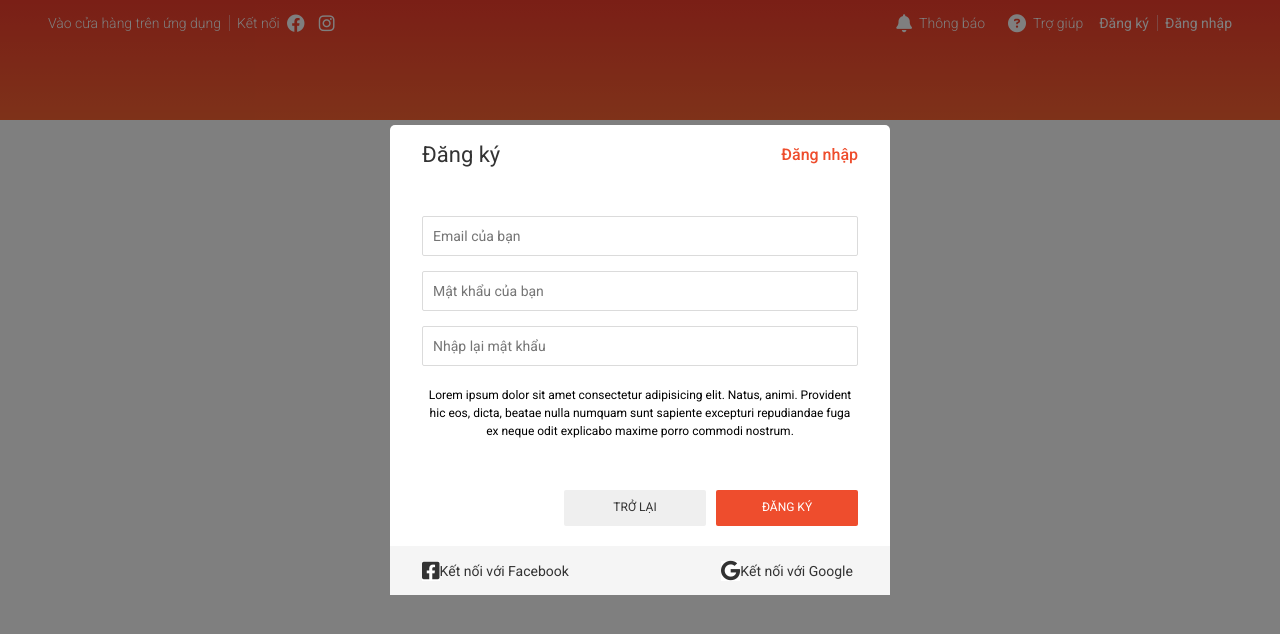
Repository: dptuyen1/F8-Tutorial
Page: index.html
An editor plug-in stored every save of this project. The page is shown before and after the next save, followed by the edit.
The browser window is 1280 px wide. The pictures show the whole page.

Above is the page before, as saved 2023-05-08 18:12:15.

### index.html
<!DOCTYPE html>
<html lang="en">
  <head>
    <meta charset="UTF-8" />
    <meta http-equiv="X-UA-Compatible" content="IE=edge" />
    <meta name="viewport" content="width=device-width, initial-scale=1.0" />
    <title>Document</title>
    <link
      rel="stylesheet"
      href="https://cdnjs.cloudflare.com/ajax/libs/normalize/8.0.1/normalize.min.css"
      integrity="sha512-NhSC1YmyruXifcj/KFRWoC561YpHpc5Jtzgvbuzx5VozKpWvQ+4nXhPdFgmx8xqexRcpAglTj9sIBWINXa8x5w=="
      crossorigin="anonymous"
      referrerpolicy="no-referrer"
    />
    <link rel="stylesheet" href="assets/css/base.css" />
    <link rel="stylesheet" href="assets/css/main.css" />
    <link
      rel="stylesheet"
      href="assets/fonts/fontawesome-free-6.4.0-web/css/all.min.css"
    />
    <link rel="preconnect" href="https://fonts.googleapis.com" />
    <link rel="preconnect" href="https://fonts.gstatic.com" crossorigin />
    <link
      href="https://fonts.googleapis.com/css2?family=Roboto:wght@300;400;500;700&display=swap"
      rel="stylesheet"
    />
  </head>

  <body>
    <div class="app">
      <header class="header">
        <div class="grid">
          <nav class="header__navbar">
            <ul class="header__navbar-list">
              <li
                class="header__navbar-item header__navbar-item-has-qr header__navbar-item-separate"
              >
                Vào cửa hàng trên ứng dụng
                <div class="header__qr">
                  <img
                    src="assets/img/qr_code.png"
                    alt="QR Cođe"
                    class="header__qr-img"
                  />
                  <div class="header__qr-apps">
                    <a href="" class="header__qr-link">
                      <img
                        src="assets/img/google_play.png"
                        alt="Google Play"
                        class="header__qr-download-img"
                      />
                    </a>
                    <a href="" class="header__qr-link">
                      <img
                        src="assets/img/app_store.png"
                        alt="App Store"
                        class="header__qr-download-img"
                      />
                    </a>
                  </div>
                </div>
              </li>
              <li class="header__navbar-item">
                <span class="header__navbar-title-no-pointer">Kết nối</span>
                <a href="" class="header__navbar-icon-link">
                  <i class="header__navbar-icon fa-brands fa-facebook"></i>
                </a>
                <a href="" class="header__navbar-icon-link">
                  <i class="header__navbar-icon fa-brands fa-instagram"></i>
                </a>
              </li>
            </ul>
            <ul class="header__navbar-list">
              <li class="header__navbar-item header__navbar-item--has-notify">
                <a href="" class="header__navbar-item-link">
                  <a href="" class="header__navbar-icon-link">
                    <i class="header__navbar-icon fa-solid fa-bell"></i> </a
                  >Thông báo
                </a>
                <div class="header__notify">
                  <header class="header__notify-header">
                    <h3>Thông báo mới nhận</h3>
                  </header>
                  <ul class="header__notify-list">
                    <li class="header__notify-item">
                      <a href="" class="header_notify-link">
                        <img
                          src="assets/img/comestic.jpg"
                          alt=""
                          class="header__notify-img"
                        />
                        <div class="header__notify-info">
                          <span class="header_notify-name"
                            >Mỹ phẩm Ohui chính hãng</span
                          >
                          <span class="header__notify-description"
                            >Mô tả mỹ tả Ohui chính hãng</span
                          >
                        </div>
                      </a>
                    </li>
                    <li class="header__notify-item header__notify-item--read">
                      <a href="" class="header_notify-link">
                        <img
                          src="assets/img/comestic.jpg"
                          alt=""
                          class="header__notify-img"
                        />
                        <div class="header__notify-info">
                          <span class="header_notify-name"
                            >Mỹ phẩm Ohui chính hãng</span
                          >
                          <span class="header__notify-description"
                            >Mô tả mỹ tả Ohui chính hãng</span
                          >
                        </div>
                      </a>
                    </li>
                    <li class="header__notify-item">
                      <a href="" class="header_notify-link">
                        <img
                          src="assets/img/comestic.jpg"
                          alt=""
                          class="header__notify-img"
                        />
                        <div class="header__notify-info">
                          <span class="header_notify-name"
                            >Mỹ phẩm Ohui chính hãng</span
                          >
                          <span class="header__notify-description"
                            >Mô tả mỹ tả Ohui chính hãng</span
                          >
                        </div>
                      </a>
                    </li>
                  </ul>
                  <footer class="header__notify-footer">
                    <a href="" class="header__notify-footer-btn">Xem tất cả</a>
                  </footer>
                </div>
              </li>
              <li class="header__navbar-item">
                <a href="" class="header__navbar-item-link">
                  <a href="" class="header__navbar-icon-link">
                    <i
                      class="header__navbar-icon fa-solid fa-circle-question"
                    ></i></a
                  >Trợ giúp
                </a>
              </li>
              <li
                class="header__navbar-item header__navbar-item-bold header__navbar-item-separate"
              >
                Đăng ký
              </li>
              <li class="header__navbar-item header__navbar-item-bold">
                Đăng nhập
              </li>
            </ul>
          </nav>
        </div>
      </header>

      <div class="container"></div>

      <footer class="footer"></footer>
    </div>

    <!-- Modal layout -->
    <div class="modal">
      <div class="modal__overlay"></div>
      <div class="modal__body">
        <div class="modal__inner"></div>

        <!-- Authenticated Form -->
        <form class="auth-form">
          <div class="auth-form__container">
            <div class="auth-form__header">
              <h3 class="auth_form__heading">Đăng ký</h3>
              <span class="auth_form__switch-btn">Đăng nhập</span>
            </div>
            <div class="auth-form__form">
              <div class="auth-form__group">
                <input
                  type="text"
                  class="auth-form__input"
                  placeholder="Email của bạn"
                />
              </div>
              <div class="auth-form__group">
                <input
                  type="password"
                  class="auth-form__input"
                  placeholder="Mật khẩu của bạn"
                />
              </div>
              <div class="auth-form__group">
                <input
                  type="password"
                  class="auth-form__input"
                  placeholder="Nhập lại mật khẩu"
                />
              </div>
            </div>
            <div class="auth-form__aside">
              <p>
                Lorem ipsum dolor sit amet consectetur adipisicing elit. Natus,
                animi. Provident hic eos, dicta, beatae nulla numquam sunt
                sapiente excepturi repudiandae fuga ex neque odit explicabo
                maxime porro commodi nostrum.
              </p>
            </div>
            <div class="auth-form__controls">
              <button class="btn btn--back">TRỞ LẠI</button>
              <button class="btn btn--primary">ĐĂNG KÝ</button>
            </div>
          </div>

          <div class="auth-form__socials">
            <a href="" class="btn btn--size-s btn--with-icon">
              <i
                class="auth-form_socials-icon fa-brands fa-square-facebook"
              ></i>
              Kết nối với Facebook
            </a>
            <a href="" class="btn btn--size-s btn--with-icon">
              <i class="auth-form_socials-icon fa-brands fa-google"></i>
              Kết nối với Google
            </a>
          </div>
        </form>
      </div>
    </div>
  </body>
</html>

### assets/css/base.css
:root {
  --primary-color: #ee4d2d;
  --white-color: #fff;
  --black-color: #000;
  --text-color: #333;
  --border-color: #dbdbdb;
}

* {
  box-sizing: inherit;
}

html {
  font-size: 62.5%;
  line-height: 1.6rem;
  font-family: "Roboto", sans-serif;
  box-sizing: border-box;
}

.grid {
  width: 1200px;
  max-width: 100%;
  /* căn giữa */
  margin: 0 auto;
}

.grid__full-width {
  width: 100%;
}

.grid__row {
  display: flex;
  flex-wrap: wrap;
}

/* Modal */
.modal {
  position: fixed;
  top: 0;
  right: 0;
  bottom: 0;
  left: 0;
  display: flex;
}

.modal__overlay {
  position: absolute;
  width: 100%;
  height: 100%;
  background-color: rgba(0, 0, 0, 0.5);
}

.modal__body {
  background-color: var(--white-color);
  margin: auto;
  position: relative;
  z-index: 1;
  border-radius: 5px;
}

.modal__inner {
}

/* Button style */
.btn {
  min-width: 142px;
  height: 36px;
  text-decoration: none;
  border: none;
  border-radius: 2px;
  cursor: pointer;
  padding: 0;
  font-size: 1.2rem;
  color: var(--text-color);
  display: flex;
  justify-content: center;
  align-items: center;
}

.btn:hover {
  background-color: rgba(0, 0, 0, 0.2);
}

.btn.btn--size-s {
  height: 25px;
  font-size: 1.4rem;
}

.btn.btn--primary {
  color: var(--white-color);
  background-color: var(--primary-color);
}

.btn.btn--disabled {
  color: #ccc;
  cursor: default;
  background-color: #999;
}

/* Animation */
@keyframes fadeIn {
  from {
    opacity: 0;
  }

  to {
    opacity: 1;
  }
}

@keyframes notifyGrowth {
  from {
    opacity: 0;
    transform: scale(0);
  }

  to {
    opacity: 1;
    transform: scale(1);
  }
}

### assets/css/main.css
.header {
  height: 120px;
  background-image: linear-gradient(0, #fe6433, #f53e2d);
}

.header__navbar {
  display: flex;
  justify-content: space-between;
}

.header__navbar-list {
  list-style: none;
  padding-left: 0;
}

.header__navbar-item {
  margin: 0 8px;
  position: relative;
  min-height: 26px;
}

.header__navbar-item-has-qr:hover .header__qr {
  display: block;
}

.header__navbar-item,
.header__navbar-item-link {
  display: inline-block;
  font-size: 1.4rem;
  color: var(--white-color);
  text-decoration: none;
  font-weight: 300;
}

.header__navbar-list,
.header__navbar-item,
.header__navbar-item-link,
.header__navbar-icon-link {
  display: inline-flex;
  align-items: center;
}

.header__navbar-item:hover,
.header__navbar-item-link:hover,
.header__navbar-icon-link:hover {
  color: rgba(255, 255, 255, 0.5);
  cursor: pointer;
}

.header__navbar-item--has-notify:hover .header__notify {
  display: block;
}

.header__navbar-item-bold {
  font-weight: 400;
}

.header__navbar-item-separate::after {
  content: "";
  display: block;
  position: absolute;
  border-left: 1px solid #fb9086;
  height: 16px;
  right: -9px;
  top: 50%;
  transform: translateY(-50%);
}

.header__navbar-icon-link {
  color: var(--white-color);
  text-decoration: none;
}

.header__navbar-icon {
  font-size: 1.8rem;
  margin: 0 7px;
}

.header__navbar-title-no-pointer {
  cursor: text;
  color: var(--white-color);
}

/* Header QR Code  */
.header__qr {
  width: 185px;
  background-color: var(--white-color);
  position: absolute;
  left: 0;
  /* cao bằng thẻ chứa nó */
  top: 150%;
  padding: 8px;
  border-radius: 2px;
  display: none;
  animation: fadeIn ease-in 0.5s;
}

.header__qr::before {
  content: "";
  display: block;
  position: absolute;
  width: 100%;
  height: 20px;
  left: 0;
  top: -20px;
}

.header__qr-img {
  width: 100%;
}

.header__qr-apps {
  display: flex;
  justify-content: space-between;
}

.header__qr-link:first-child {
  margin-left: 11px;
}

.header__qr-link:last-child {
  margin-right: 11px;
}

.header__qr-download-img {
  height: 15px;
}

/* Header notification */

.header__notify {
  position: absolute;
  top: 150%;
  right: 0;
  width: 405px;
  background-color: var(--white-color);
  border: 1px solid #d3d3d3;
  border-radius: 2px;
  cursor: default;
  transform-origin: top right;
  display: none;
  animation: notifyGrowth ease-in 0.5s;
}

.header__notify::before {
  content: "";
  border-width: 20px 30px;
  border-style: solid;
  border-color: transparent transparent var(--white-color) transparent;
  position: absolute;
  right: 0;
  top: -30px;
}

.header__notify::after {
  content: "";
  display: block;
  position: absolute;
  right: 0;
  top: -20px;
  width: 100%;
  height: 20px;
}

.header__notify-header {
  height: 40px;
  background-color: var(--white-color);
}

.header__notify-header h3 {
  color: #999;
  margin: 0 0 0 12px;
  font-weight: 400;
  font-size: 1.4rem;
  line-height: 40px;
}

.header__notify-list {
  padding-left: 0;
}

.header__notify-item {
  display: flex;
}

.header__notify-item:hover {
  background-color: #f7f7f7;
}

.header__notify-item--read {
  background-color: rgba(238, 77, 45, 0.2);
}

.header_notify-link {
  width: 100%;
  display: flex;
  padding: 12px;
  text-decoration: none;
}

.header__notify-img {
  width: 50px;
  object-fit: contain;
}

.header__notify-info {
  margin-left: 12px;
}

.header_notify-name {
  display: block;
  font-size: 1.4rem;
  color: var(--black-color);
  font-weight: 400;
}

.header__notify-description {
  display: block;
  font-size: 1.2rem;
  line-height: 2rem;
  color: #756f6e;
  margin-top: 10px;
}

.header__notify-footer {
  display: flex;
}

.header__notify-footer-btn {
  text-decoration: none;
  color: var(--text-color);
  margin: 0 auto;
  padding: 10px;
  font-size: 1.4rem;
  font-weight: 400;
}

/* Authenticated modal */
.auth-form {
  width: 500px;
}

.auth-form__container {
  padding: 0 32px;
}

.auth-form__header {
  display: flex;
  align-items: center;
  justify-content: space-between;
}

.auth_form__heading {
  font-size: 2.2rem;
  font-weight: 400;
  color: var(--text-color);
}

.auth_form__switch-btn {
  font-size: 1.6rem;
  color: var(--primary-color);
  font-weight: 500;
  cursor: pointer;
}

.auth-form__form {
  margin-top: 16px;
}

.auth-form__group {
}

.auth-form__input {
  width: 100%;
  height: 40px;
  margin-top: 15px;
  padding: 0 10px;
  font-size: 1.4rem;
  border: 1px solid var(--border-color);
  border-radius: 2px;
  outline: none;
}

.auth-form__input:focus {
  border-color: #777;
}

.auth-form__aside {
  margin-top: 20px;
}

.auth-form__aside p {
  font-size: 1.2rem;
  line-height: 1.8rem;
  text-align: center;
}

.auth-form__controls {
  margin-top: 50px;
  margin-bottom: 20px;
  display: flex;
  justify-content: flex-end;
}

.btn {
}

.btn--back {
  margin-right: 10px;
}

.btn--primary {
}

.auth-form__socials {
  background-color: #f5f5f5;
  padding: 12px 32px;
  display: flex;
  justify-content: space-between;
}

.btn--with-icon {
}

.auth-form_socials-icon {
  font-size: 2rem;
  background-color: var(--white-color);
}

Loaded but not shown: assets/fonts/fontawesome-free-6.4.0-web/css/all.min.css (library)

After the next save:
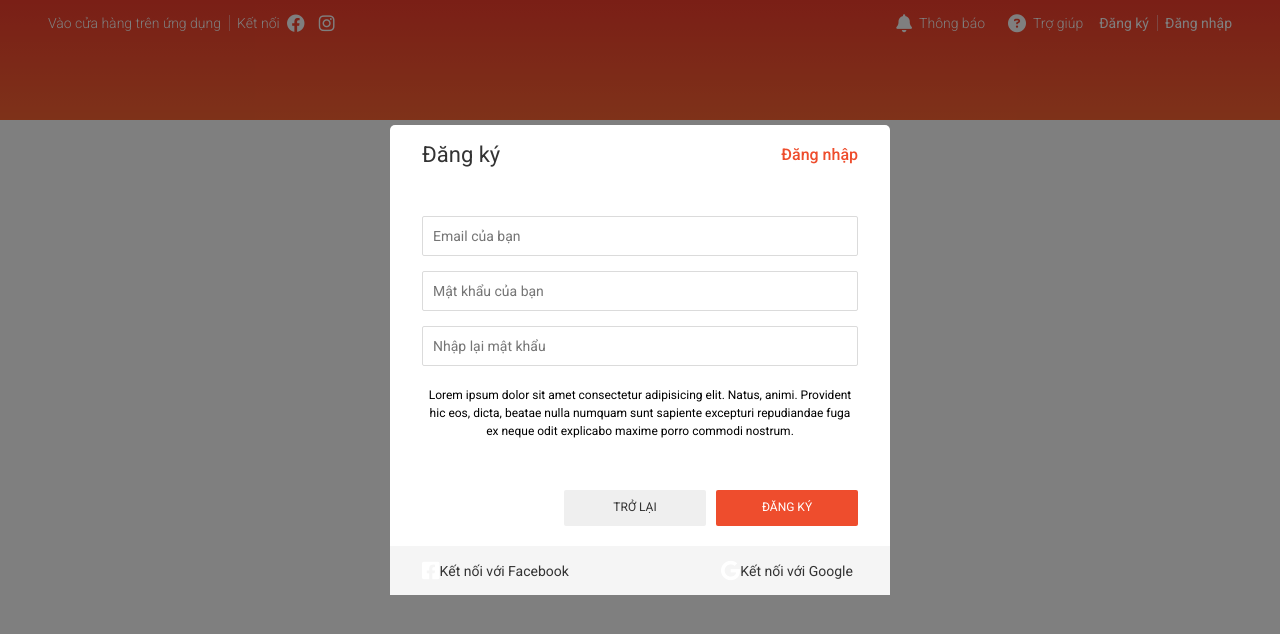
Saved 22 s later.
--- a/assets/css/main.css
+++ b/assets/css/main.css
@@ -324,5 +324,5 @@
 
 .auth-form_socials-icon {
   font-size: 2rem;
-  background-color: var(--white-color);
-}
+  color: var(--white-color);
+}
